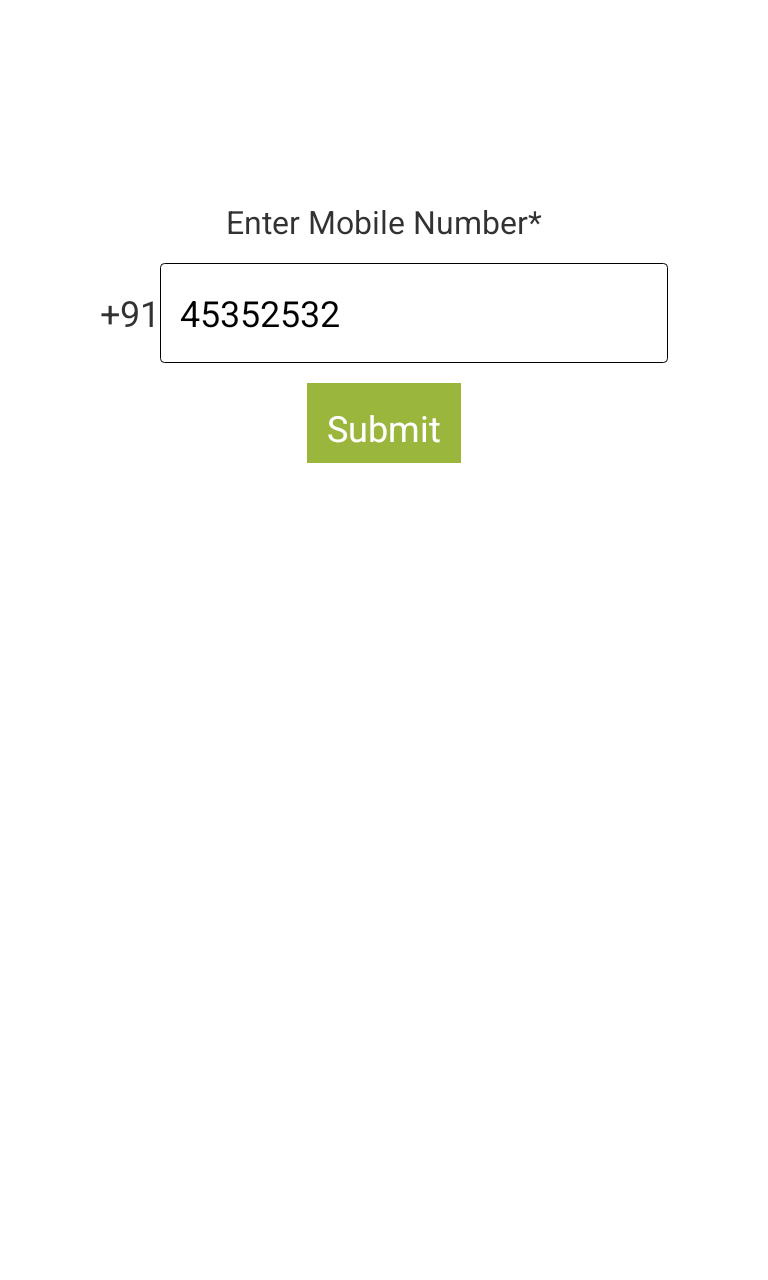
Repository: amitvikramjaiswal/amit-work
Layout: MandiTrades/MandiTradesAndroid/res/layout/first_screen.xml
The author's editor kept a copy of each file at every save. The layout is drawn from the files as they stood at one save, then again after the next save.
It is drawn on a 768 x 1280 px phone screen (xhdpi) without system bars, with theme AppTheme; the app's code is not run.

Above is the layout before, as saved 2014-11-14 14:10:34.

After the next save:
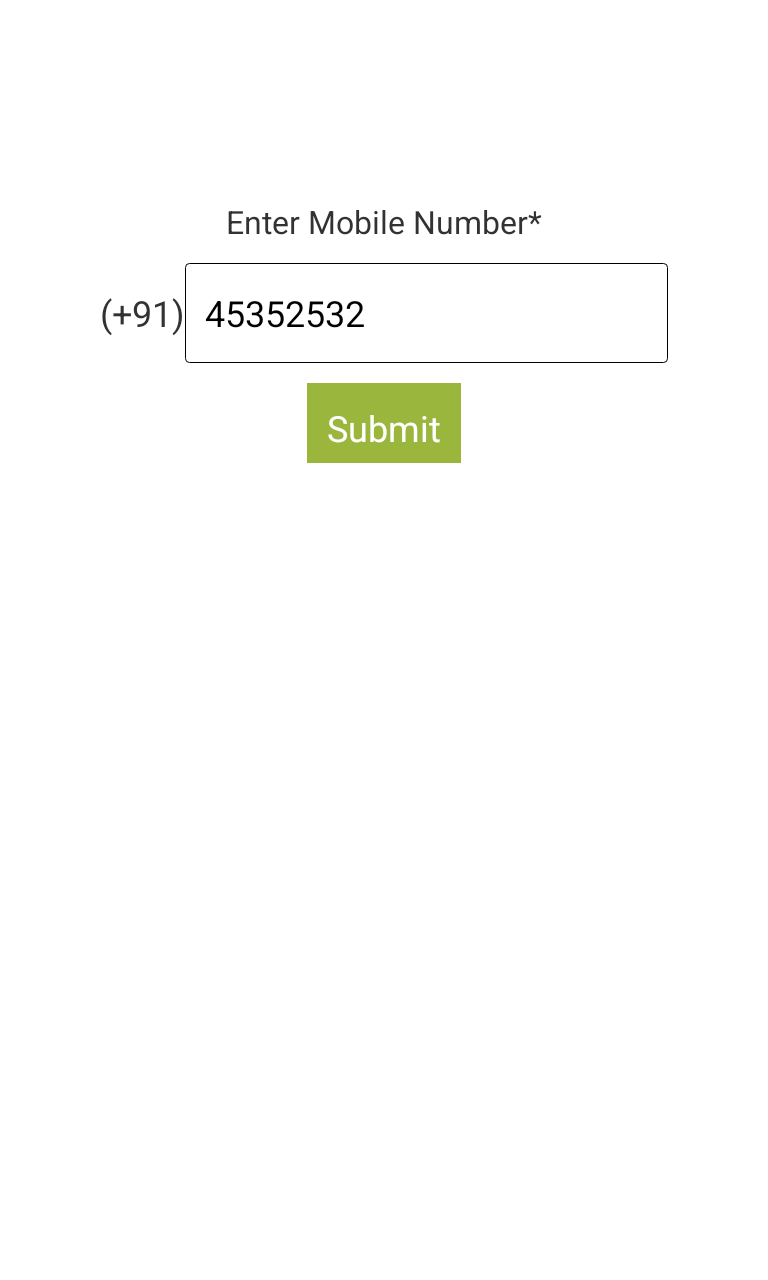
Saved 20 s later.
--- a/MandiTrades/MandiTradesAndroid/res/layout/first_screen.xml
+++ b/MandiTrades/MandiTradesAndroid/res/layout/first_screen.xml
@@ -34,7 +34,7 @@
                 android:layout_width="wrap_content"
                 android:layout_height="wrap_content"
                 android:gravity="center"
-                android:text="+91"
+                android:text="(+91)"
                 android:textSize="18sp" />
 
             <EditText
